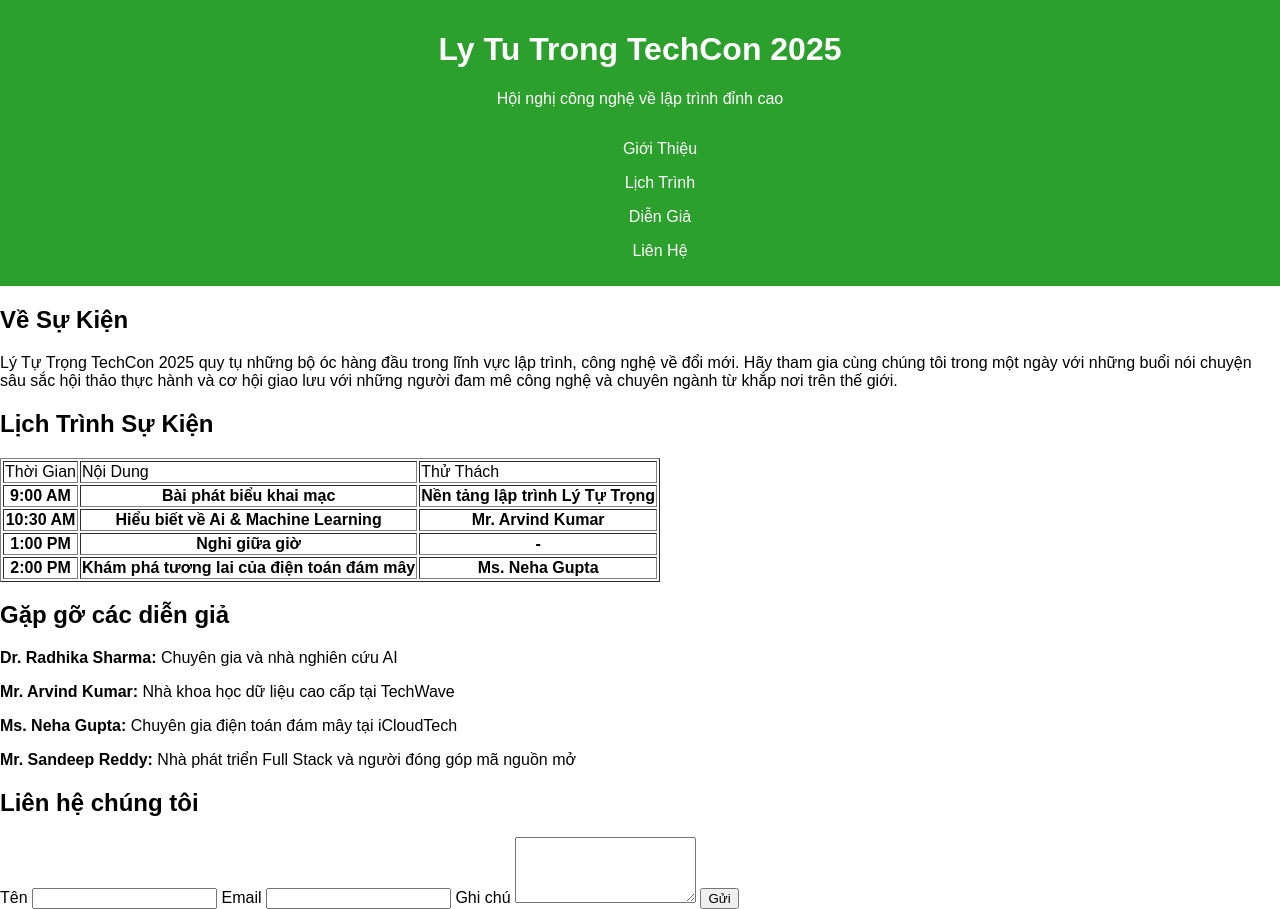
Repository: NhatMinh121/BaiTapVeNha1
Page: index.html
An editor plug-in stored every save of this project. The page is shown before and after the next save, followed by the edit.
The browser window is 1280 px wide. The pictures show the whole page.

Above is the page before, as saved 2025-03-28 22:43:16.

### index.html
<!DOCTYPE html>
<html lang="en">

<head>
    <meta charset="UTF-8">
    <meta name="viewport" content="width=device-width, initial-scale=1.0">
    <title>Lý Tự Trọng TechCon 2025</title>
    <link rel="stylesheet" href="style.css">
</head>

<body>
    <header>
        <h1>Ly Tu Trong TechCon 2025</h1>
        <p>Hội nghị công nghệ về lập trình đỉnh cao</p>
        <div class="menu">
            <nav>
                <ul>Giới Thiệu</ul>
                <ul>Lịch Trình</ul>
                <ul>Diễn Giả</ul>
                <ul>Liên Hệ</ul>
            </nav>
        </div>

    </header>
    <main>
        <div class="main-event">
            <h2>Về Sự Kiện</h2>
            <p>Lý Tự Trọng TechCon 2025 quy tụ những bộ óc hàng đầu trong lĩnh vực lập trình, công nghệ về đổi mới. Hãy tham gia cùng chúng tôi trong một ngày với những buổi nói chuyện sâu sắc hội thảo thực hành và cơ hội giao lưu với những người đam mê
                công nghệ và chuyên ngành từ khắp nơi trên thế giới.</p>
        </div>
        <div class="main-schedule">
            <h2>Lịch Trình Sự Kiện</h2>
            <table border="1">
                <tr>
                    <td>Thời Gian</td>
                    <td>Nội Dung</td>
                    <td>Thử Thách</td>
                </tr>
                <tr>
                    <th>9:00 AM</th>
                    <th>Bài phát biểu khai mạc</th>
                    <th>Nền tảng lập trình Lý Tự Trọng</th>
                </tr>
                <tr>
                    <th>10:30 AM</th>
                    <th>Hiểu biết về Ai & Machine Learning</th>
                    <th>Mr. Arvind Kumar</th>
                </tr>
                <tr>
                    <th>1:00 PM</th>
                    <th>Nghỉ giữa giờ</th>
                    <th>-</th>
                </tr>
                <tr>
                    <th>2:00 PM</th>
                    <th>Khám phá tương lai của điện toán đám mây</th>
                    <th>Ms. Neha Gupta</th>
                </tr>
            </table>
        </div>
        <div class="Meeting">
            <h2>Gặp gỡ các diễn giả</h2>
            <p><strong>Dr. Radhika Sharma:</strong> Chuyên gia và nhà nghiên cứu AI</p>
            <p><strong>Mr. Arvind Kumar:</strong> Nhà khoa học dữ liệu cao cấp tại TechWave</p>
            <p><strong>Ms. Neha Gupta:</strong> Chuyên gia điện toán đám mây tại iCloudTech</p>
            <p><strong>Mr. Sandeep Reddy:</strong> Nhà phát triển Full Stack và người đóng góp mã nguồn mở</p>
        </div>
    </main>

    <footer>
        <div class="footer-contract">
            <h2>Liên hệ chúng tôi</h2>
            <form action="#" method="post">
                <label for="name">Tên</label>
                <input type="text" id="name" name="name" required>
                <label for="email">Email</label>
                <input type="email" id="email" name="email" required>
                <label for="message">Ghi chú</label>
                <textarea id="message" name="message" rows="4" required></textarea>
                <button type="submit" value="Gửi">Gửi</button>
            </form>
        </div>

    </footer>

</body>

### style.css
body {
    margin: 0;
    padding: 0;
    box-sizing: border-box;
    font-family: Arial, sans-serif;
}

header {
    background-color: #2ca02c;
    color: white;
    padding: 10px 0;
    text-align: center;
}

.menu {
    list-style: none;
    display: flex;
    justify-content: center;
    gap: 20px;
}

After the next save:
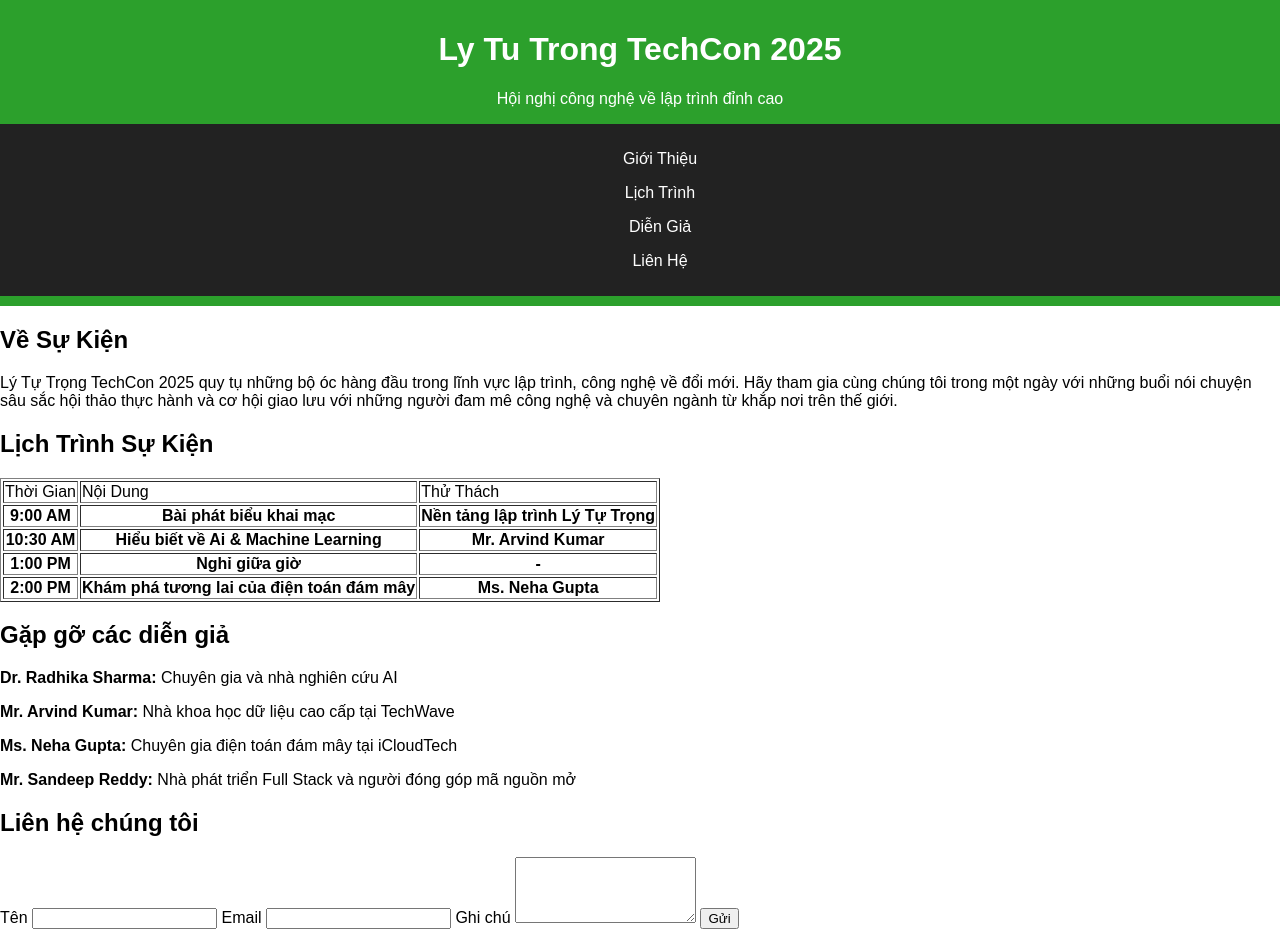
Saved 84 s later.
--- a/style.css
+++ b/style.css
@@ -13,8 +13,8 @@
 }
 
 .menu {
-    list-style: none;
-    display: flex;
-    justify-content: center;
-    gap: 20px;
+    background-color: #222;
+    /* Màu đen xám */
+    text-align: center;
+    padding: 10px 0;
 }
